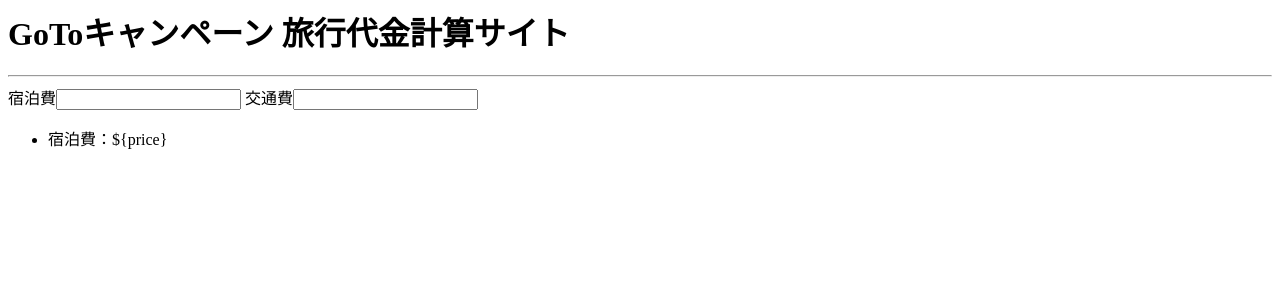
Repository: Ischca/ischca.github.io
Page: src/my-app.html
An editor plug-in stored every save of this project. The page is shown before and after the next save, followed by the edit.
The browser window is 1280 px wide. The pictures show the whole page.

Above is the page before, as saved 2020-10-02 14:37:33.

After the next save:
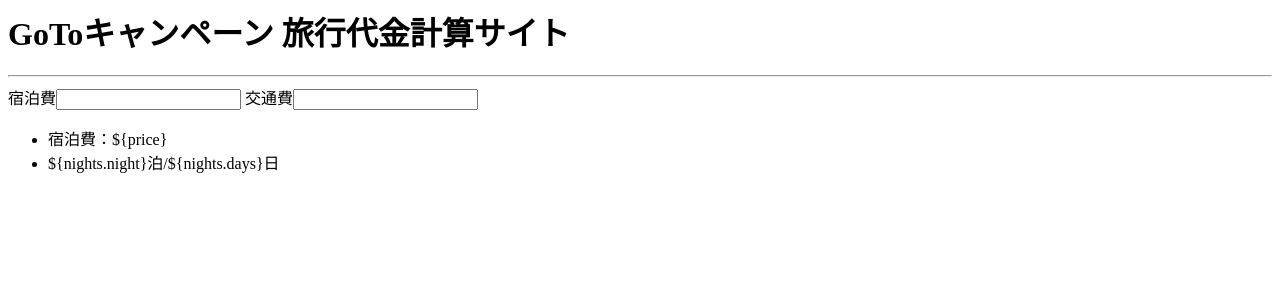
Saved 41 s later.
--- a/src/my-app.html
+++ b/src/my-app.html
@@ -19,6 +19,9 @@
             <li>
                 宿泊費：${price}
             </li>
+            <li>
+                ${nights.night}泊/${nights.days}日
+            </li>
         </ul>
     </div>
 </div>
